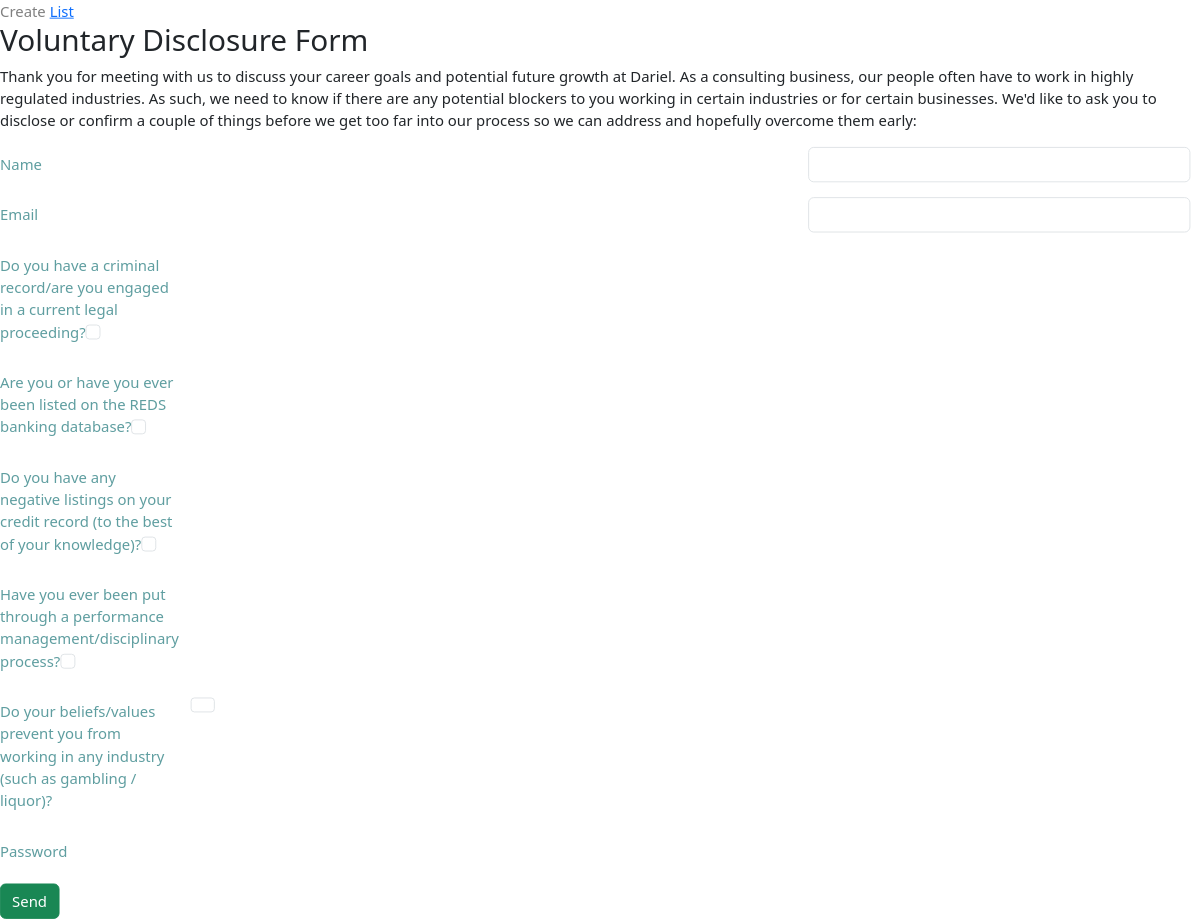
Repository: NtuthukoM/VoluntaryDisclosure
Page: / (app in disclosures-client/)
The author's editor kept a copy of each file at every save. The page is drawn from the files as they stood at one save, then again after a run of saves.
The browser window is 1280 px wide. The page is 1292 px wide, so the pictures cover 1292 px, including what lies to the right of the window. The pictures show the whole page, at 93% of full size.
The project was rebuilt for these pictures with package versions that can differ from the ones it lists, and the page was loaded fresh each time. Also part of the build but not shown: disclosures-client/src/pages/ListDisclosures.js, disclosures-client/src/pages/DisclosureDetails.js, disclosures-client/src/pages/DisclosureSubmitted.js.

Above is the page before, as saved 2023-05-30 20:48:57.

After the next 2 saves:
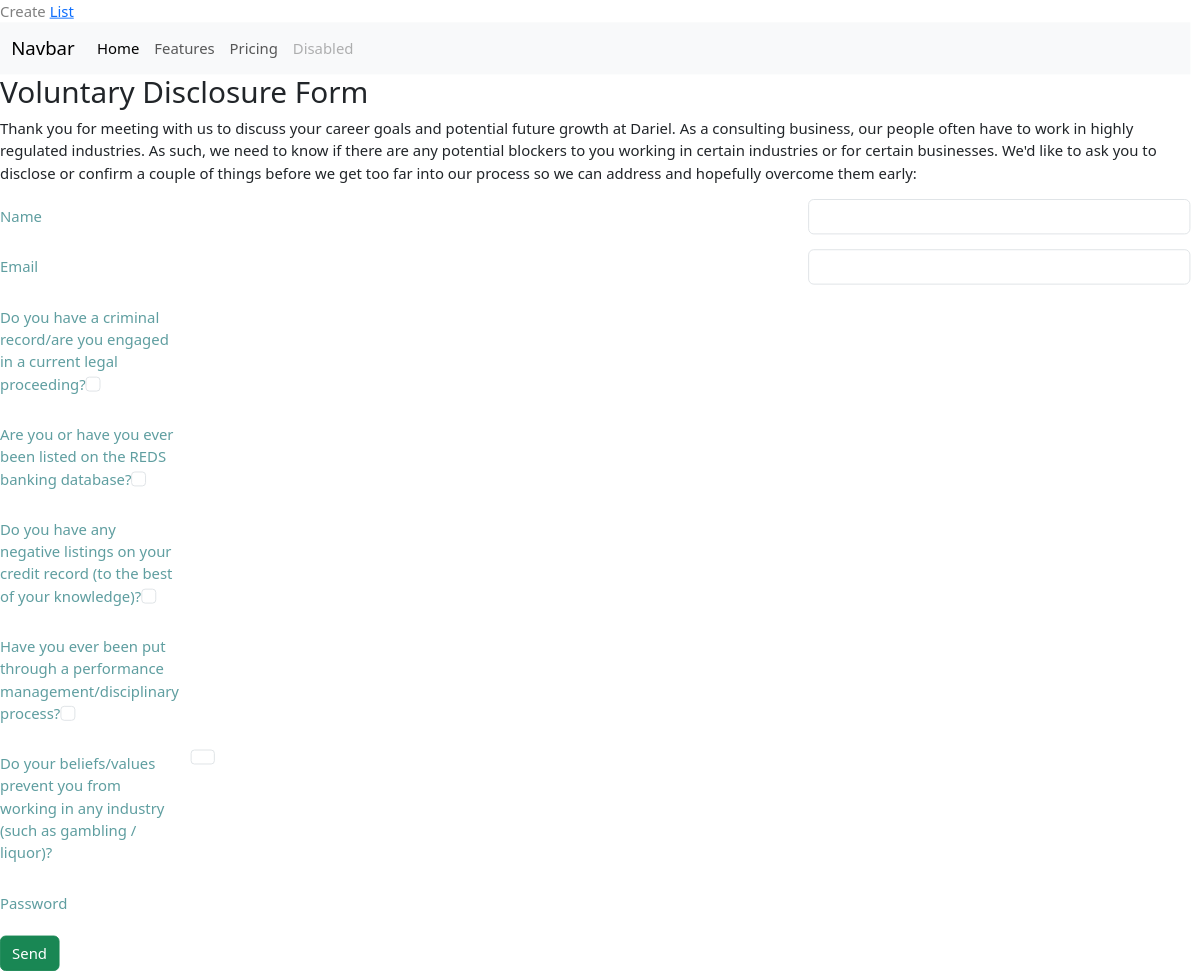
The 2 saves are shown as one change because they came seconds apart.
The last was saved 77 s later.
--- a/disclosures-client/src/components/nav.js
+++ b/disclosures-client/src/components/nav.js
@@ -7,6 +7,30 @@ export function Nav(){
                 <NavLink to="/" className={({isActive}) => isActive ? "active" : "go-to"}>Create </NavLink>
                 <NavLink to="/list" className={({isActive}) => isActive ? "active" : ""}>List </NavLink>
             </nav>
+            <nav class="navbar navbar-expand-lg bg-body-tertiary">
+  <div class="container-fluid">
+    <a class="navbar-brand" href="#">Navbar</a>
+    <button class="navbar-toggler" type="button" data-bs-toggle="collapse" data-bs-target="#navbarNav" aria-controls="navbarNav" aria-expanded="false" aria-label="Toggle navigation">
+      <span class="navbar-toggler-icon"></span>
+    </button>
+    <div class="collapse navbar-collapse" id="navbarNav">
+      <ul class="navbar-nav">
+        <li class="nav-item">
+          <a class="nav-link active" aria-current="page" href="#">Home</a>
+        </li>
+        <li class="nav-item">
+          <a class="nav-link" href="#">Features</a>
+        </li>
+        <li class="nav-item">
+          <a class="nav-link" href="#">Pricing</a>
+        </li>
+        <li class="nav-item">
+          <a class="nav-link disabled">Disabled</a>
+        </li>
+      </ul>
+    </div>
+  </div>
+</nav>
         </>
     )
 }
